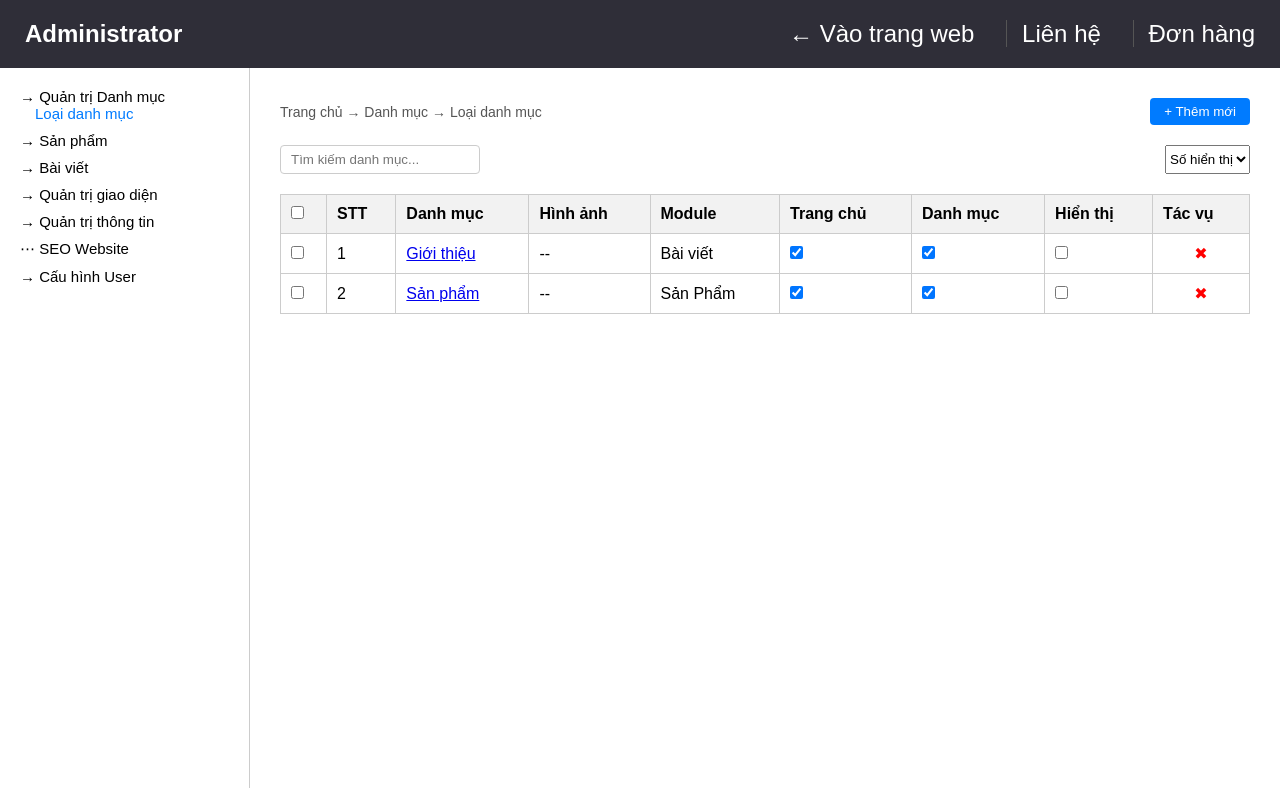
Repository: TranTanDat0606/Du-An-1
Page: Admin]/admin.html
An editor plug-in stored every save of this project. The page is shown before and after the next save, followed by the edit.
The browser window is 1280 px wide. The pictures show the whole page.

Above is the page before, as saved 2025-07-30 14:45:30.

### Admin]/admin.html
<!DOCTYPE html>
<html lang="vi">
<head>
    <meta charset="UTF-8" />
    <meta name="viewport" content="width=device-width, initial-scale=1.0"/>
    <title>Quản lý danh mục</title>
    <link rel="stylesheet" href="admin.css" />
</head>
<body>
    <header class="topbar">
    <div class="topbar-left">Administrator</div>
    <div class="topbar-right">

    <a href="#">← Vào trang web</a>
    <a href="#">Liên hệ</a>
    <a href="#">Đơn hàng</a></div>
</header>
    <div class="admin-container">
    <aside class="sidebar">
    <!-- <h2>Trang chủ Admin</h2> -->
    <ul>
        <li>→ Quản trị Danh mục
    <ul class="submenu">
            <li><a href="#">Loại danh mục</a></li>
    </ul>
        </li>
        <li>→ Sản phẩm</li>
        <li>→ Bài viết</li>
        <li>→ Quản trị giao diện</li>
        <li>→ Quản trị thông tin</li>
        <li>⋯ SEO Website</li>
        <li>→ Cấu hình User</li>
    </ul>
    </aside>
    <main class="main-content">
    <div class="header-bar">
        <span class="breadcrumbs">Trang chủ → Danh mục → Loại danh mục</span>
        <button class="btn-new">+ Thêm mới</button>
    </div>

    <div class="table-toolbar">
        <input type="text" class="search-input" placeholder="Tìm kiếm danh mục..." />
        <select>
    <option>Số hiển thị</option>
        </select>
    </div>
    <table>
        <thead>
    <tr>
            <th><input type="checkbox" /></th>
            <th>STT</th>
            <th>Danh mục</th>
            <th>Hình ảnh</th>
            <th>Module</th>
            <th>Trang chủ</th>
            <th>Danh mục</th>
            <th>Hiển thị</th>
            <th>Tác vụ</th>
    </tr>
        </thead>
        <tbody>
    <tr>
            <td><input type="checkbox" /></td>
            <td>1</td>
            <td><a href="#">Giới thiệu</a></td>
            <td>--</td>
            <td>Bài viết</td>
            <td><input type="checkbox" checked /></td>
            <td><input type="checkbox" checked /></td>
            <td><input type="checkbox" /></td>
            <td class="text-danger">✖</td>
    </tr>
    <tr>
            <td><input type="checkbox" /></td>
            <td>2</td>
            <td><a href="#">Sản phẩm</a></td>
            <td>--</td>
            <td>Sản Phẩm</td>
            <td><input type="checkbox" checked /></td>
            <td><input type="checkbox" checked /></td>
            <td><input type="checkbox" /></td>
            <td class="text-danger">✖</td>
    </tr>
        </tbody>
    </table>
    </main>
    </div>
</body>
</html>

### Admin]/admin.css
* {
    margin: 0;
    padding: 0;
    box-sizing: border-box;
    font-family: sans-serif;
}
/* header */
/* Topbar admin */
.topbar {
    background-color: #2f2e38;
    color: white;
    display: flex;
    justify-content: space-between;
    align-items: center;
    padding: 20px 25px;
    font-size: 24px;
}

.topbar-left {
    font-weight: bold;
}

.topbar-right a {
    color: white;
    text-decoration: none;
    margin-left: 25px;
    border-left: 1px solid #555;
    padding-left: 15px;
}

.topbar-right a:first-child {
    border-left: none;
    padding-left: 0;
}
body {
    background: #f5f5f5;
}

.admin-container {
    display: flex;
    height: 100vh;
}

/* Sidebar */
.sidebar {
    width: 250px;
    background: #fff;
    border-right: 1px solid #ccc;
    padding: 20px;
}

.sidebar h2 {
    margin-bottom: 15px;
    font-size: 20px;
}

.sidebar ul {
    list-style: none;
}

.sidebar li {
    margin-bottom: 10px;
    font-size: 15px;
}

.sidebar .submenu {
    margin-left: 15px;
}

.sidebar a {
    color: #007bff;
    text-decoration: none;
}

/* Main Content */
.main-content {
    flex: 1;
    padding: 30px;
    background: #fff;
}

.header-bar {
    display: flex;
    justify-content: space-between;
    align-items: center;
}

.breadcrumbs {
    color: #555;
    font-size: 14px;
}

.btn-new {
    background: #007bff;
    color: #fff;
    border: none;
    padding: 6px 14px;
    border-radius: 4px;
    cursor: pointer;
}

.table-toolbar {
    margin: 20px 0;
    display: flex;
    justify-content: space-between;
}

.search-input {
    padding: 6px 10px;
    width: 200px;
    border: 1px solid #ccc;
    border-radius: 4px;
}

table {
    width: 100%;
    border-collapse: collapse;
    background: #fff;
}

table th,
table td {
    border: 1px solid #ccc;
    padding: 10px;
    text-align: left;
}

table th {
    background: #f2f2f2;
}

.text-danger {
    color: red;
    text-align: center;
}

After the next save:
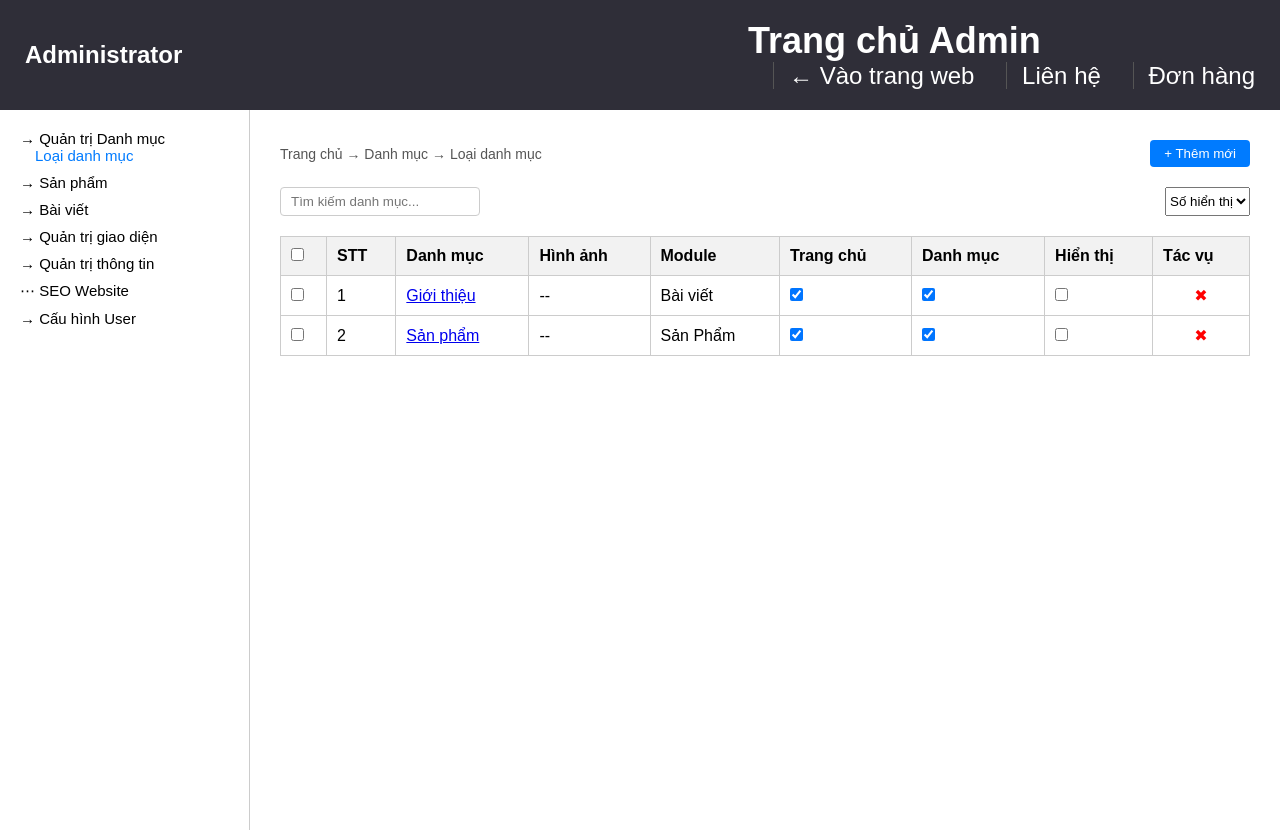
Saved 4 s later.
--- a/Admin]/admin.html
+++ b/Admin]/admin.html
@@ -10,7 +10,7 @@
     <header class="topbar">
     <div class="topbar-left">Administrator</div>
     <div class="topbar-right">
-
+        <h2>Trang chủ Admin</h2>
     <a href="#">← Vào trang web</a>
     <a href="#">Liên hệ</a>
     <a href="#">Đơn hàng</a></div>

After the 2 saves that followed:
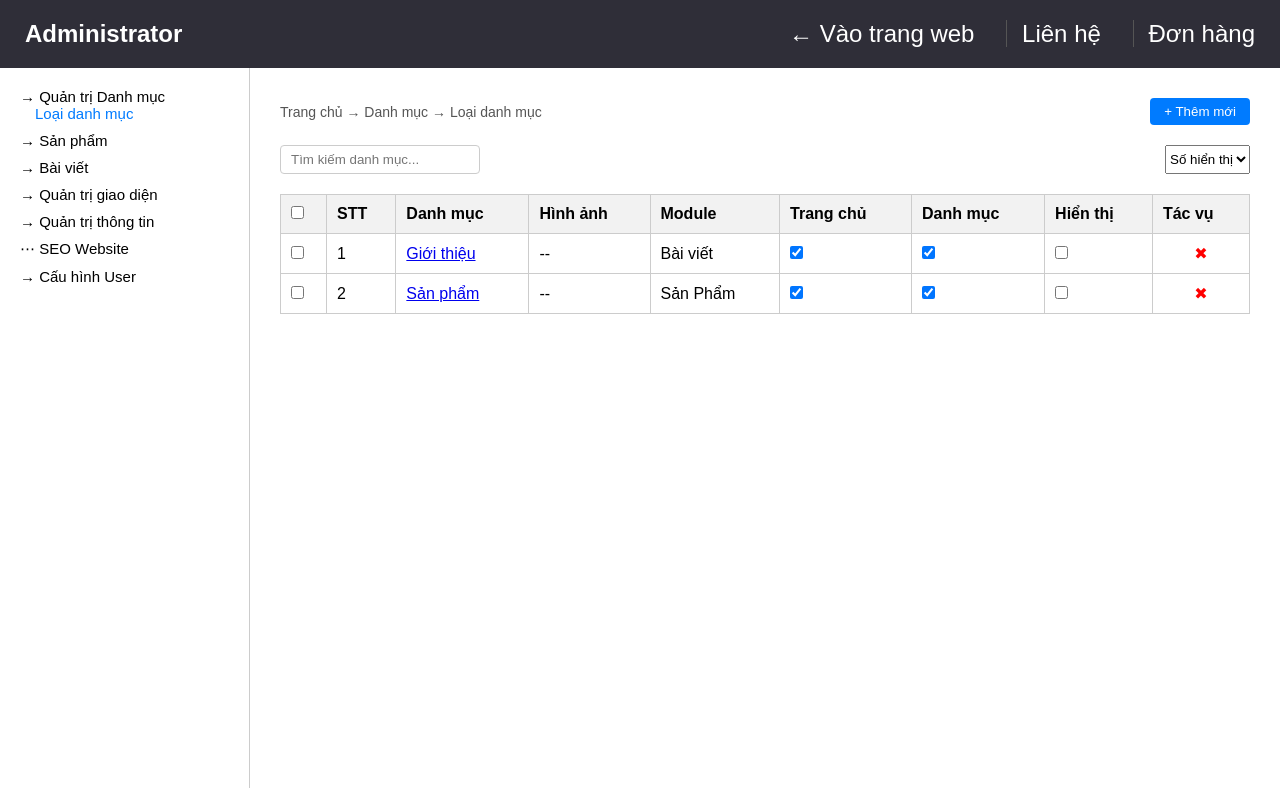
The 2 saves are shown as one change because they came seconds apart.
The last was saved 43 s later.
--- a/Admin]/admin.html
+++ b/Admin]/admin.html
@@ -10,7 +10,6 @@
     <header class="topbar">
     <div class="topbar-left">Administrator</div>
     <div class="topbar-right">
-        <h2>Trang chủ Admin</h2>
     <a href="#">← Vào trang web</a>
     <a href="#">Liên hệ</a>
     <a href="#">Đơn hàng</a></div>
